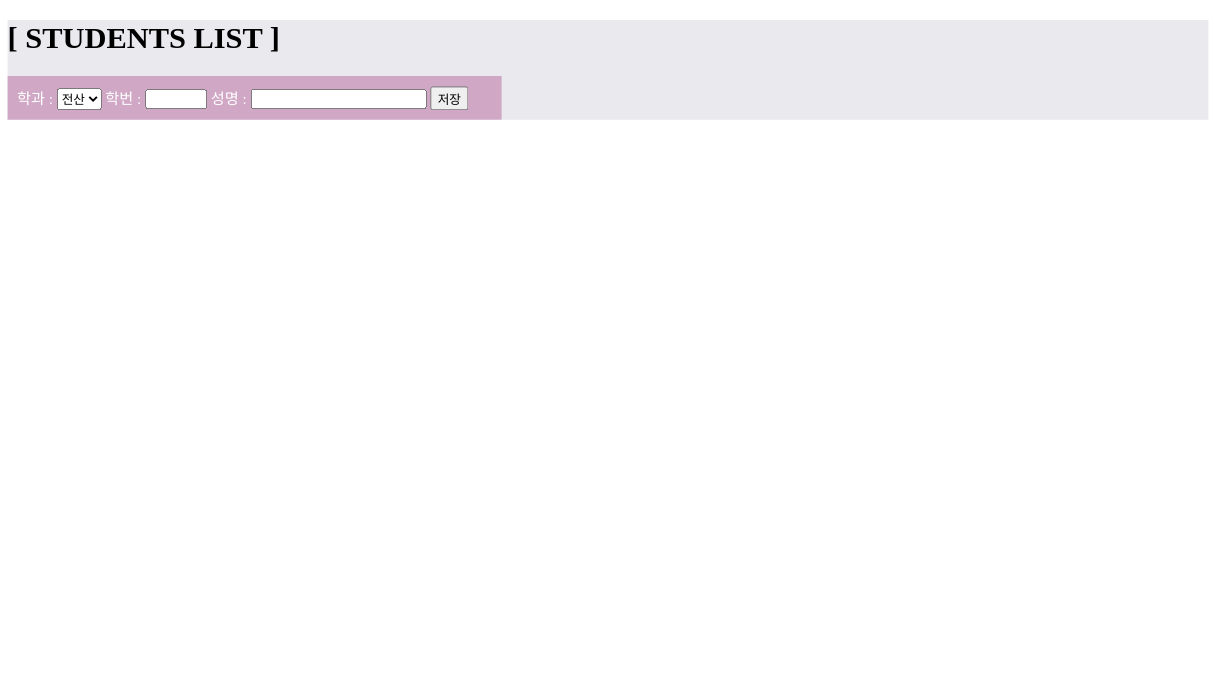
Repository: eeul07/html
Page: ex0508/WebContent/WEB-INF/students/slist.html
An editor plug-in stored every save of this project. The page is shown before and after the next save, followed by the edit.
The browser window is 1280 px wide. The pictures show the whole page, at 95% of full size.
Some web libraries are served in a nearby version.

Above is the page before, as saved 2020-05-08 01:05:04.

### ex0508/WebContent/WEB-INF/students/slist.html
<!DOCTYPE html>
<html>
<head>
	<meta charset="UTF-8">
	<title>학생관리</title>
	<script src="http://code.jquery.com/jquery-1.9.1.js"></script>
	<script src="https://cdnjs.cloudflare.com/ajax/libs/handlebars.js/3.0.1/handlebars.js"></script>
	<style>
		#page{background:#E9E9EE}
		select{height:23px;}
		#students{background:#D0A8C5; color:white; width:500px; padding:10px; margin-bottom:20px;}
		#tbl{margin:10px; width:450px;}
	</style>
</head>
<body>
	<div id="page">
		<h1>[ STUDENTS LIST ]</h1>
		<div id="students">
			학과 : <select id="dept">
				<option>전산</option>
				<option>전자</option>
				<option>건축</option>
				</select>
			학번 : <input type="text" id="scode" maxlength=8 size=5>
			성명 : <input type="text" id="sname">
			<input type="button" id="btnSave" value="저장">
		</div>
		<table id="tbl" border=1 width=500></table>
		<script id="temp" type="text/x-handlebars-template">
			{{#each array}}
				<tr class=row>
					<td><input type="checkbox" class="chk"></td>
					<td class=scode>{{scode}}</td>
					<td>{{sname}}</td>
					<td>{{dept}}</td>
					<td><button>삭제</button></td>
				</tr>
			{{/each}}
		</script>
	</div>
</body>
<script>
	$("#tbl").hide();
	var scode;
	var sname;
	var dept;

	$("#btnSave").on("click", function(){
		if(!confirm("학생을 등록하시겠습니까?")) return;
		scode=$("#scode").val();
		sname=$("#sname").val();
		dept=$("#dept").val();

		$.ajax({
			type:"post",
			url:"sinsert.jsp",
			data:{"scode":scode, "sname":sname, "dept":dept},
			dataType:"json",
			success:function(data){
				if(data.cnt==1){
					alert("이미 존재하는 학생입니다.")
				}
				var temp=Handlebars.compile($("#temp").html());
				$("#tbl").html(temp(data));
			}
		});
		$("#tbl").show();
	});
</script>
</html>

After the next save:
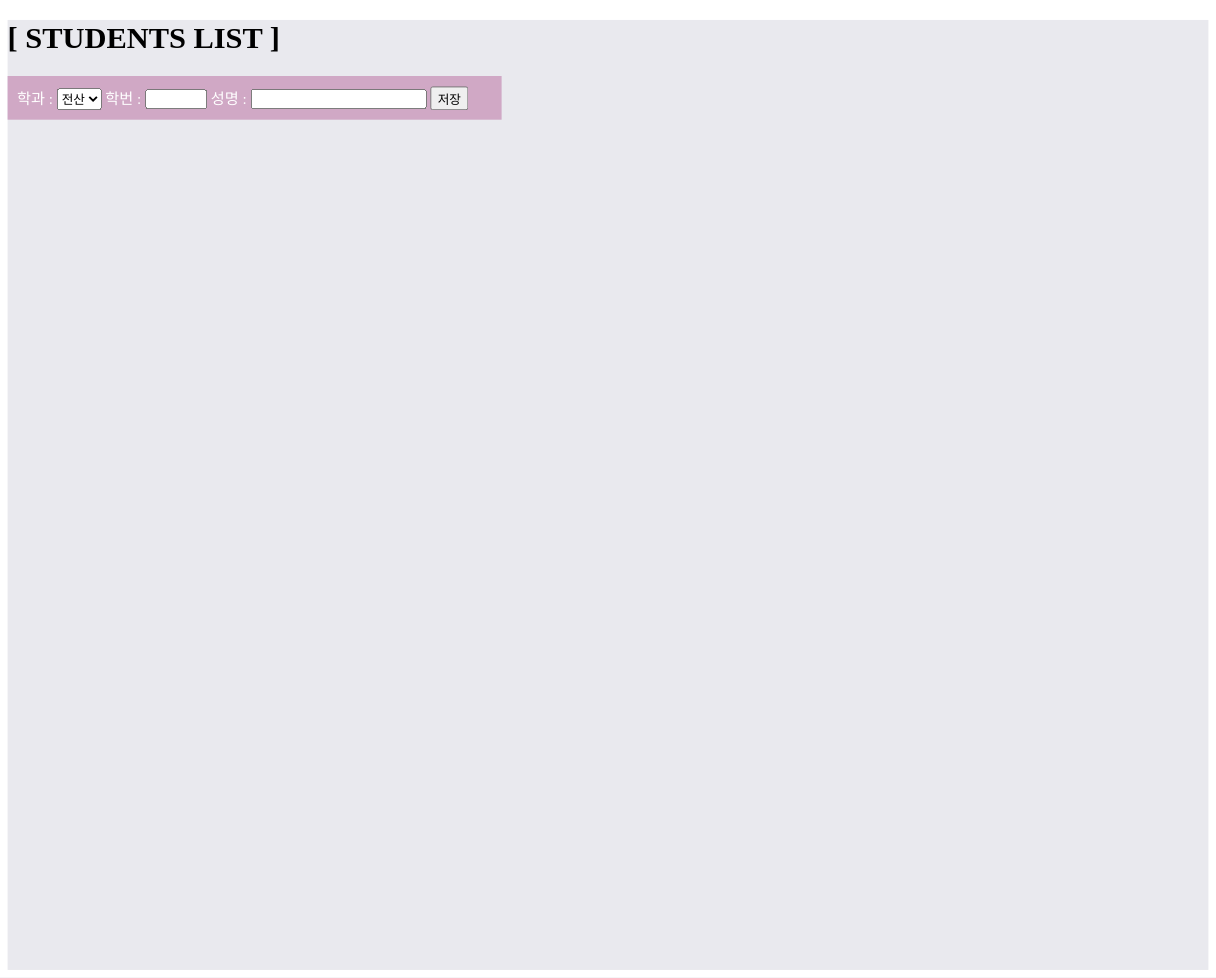
Saved 48 s later.
--- a/ex0508/WebContent/WEB-INF/students/slist.html
+++ b/ex0508/WebContent/WEB-INF/students/slist.html
@@ -6,7 +6,7 @@
 	<script src="http://code.jquery.com/jquery-1.9.1.js"></script>
 	<script src="https://cdnjs.cloudflare.com/ajax/libs/handlebars.js/3.0.1/handlebars.js"></script>
 	<style>
-		#page{background:#E9E9EE}
+		#page{background:#E9E9EE; height:1000px;}
 		select{height:23px;}
 		#students{background:#D0A8C5; color:white; width:500px; padding:10px; margin-bottom:20px;}
 		#tbl{margin:10px; width:450px;}
